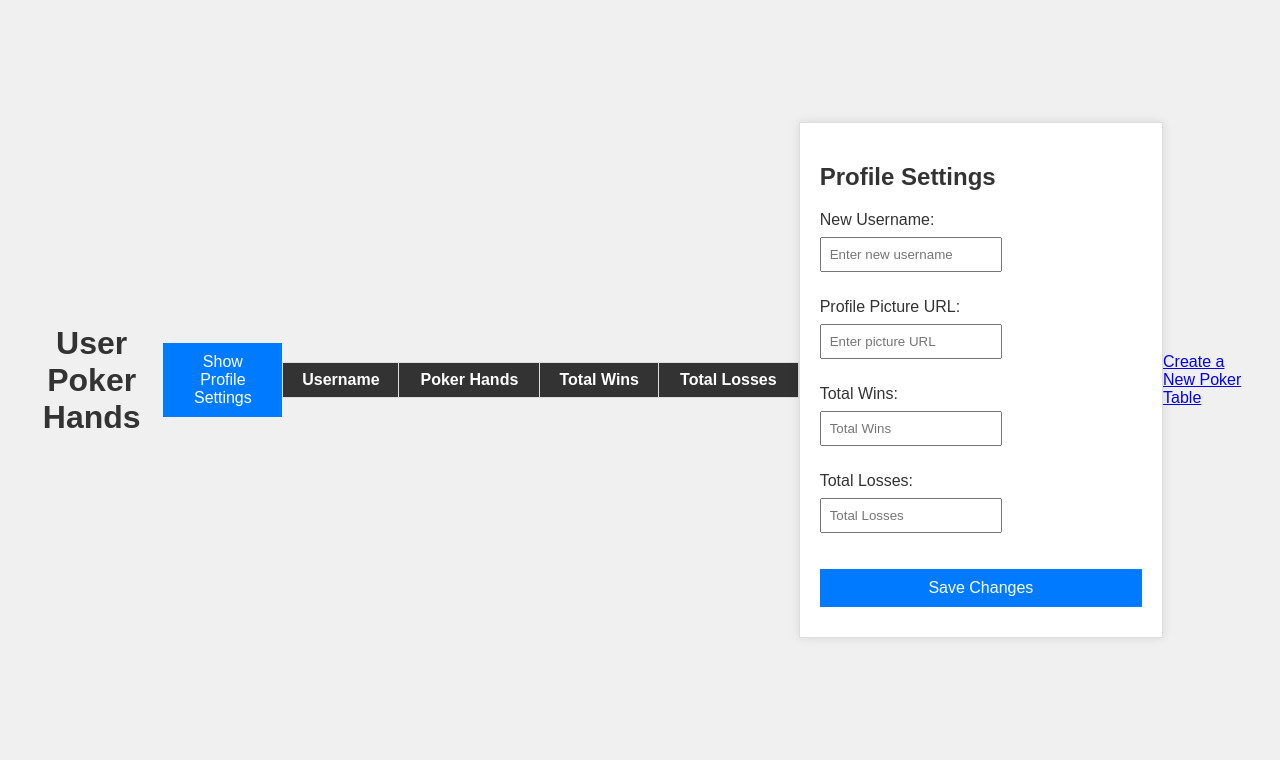
Repository: KidBillionaire/newapp
Page: public/index.html
An editor plug-in stored every save of this project. The page is shown before and after the next save, followed by the edit.
The browser window is 1280 px wide. The pictures show the whole page.
The page's requests for data from a server got no answer.

Above is the page before, as saved 2024-10-10 17:10:00.

### public/index.html
<!DOCTYPE html>
<html lang="en">
<head>
  <meta charset="UTF-8">
  <meta name="viewport" content="width=device-width, initial-scale=1.0">
  <title>User Poker Hands</title>
  <link rel="stylesheet" href="styles.css"> <!-- Link to the external CSS file -->
  <script defer src="/js/app.js"></script> <!-- Link to frontend JS -->
</head>
<body>
  <h1>User Poker Hands</h1>

  <!-- Add a new button to show profile settings -->
  <button id="profileSettingsButton">Show Profile Settings</button>

  <!-- Table to display user data -->
  <table id="userTable" border="1">
    <thead>
      <tr>
        <th>Username</th>
        <th>Poker Hands</th>
        <th>Total Wins</th>
        <th>Total Losses</th>
      </tr>
    </thead>
    <tbody></tbody> <!-- This will be filled dynamically -->
  </table>

  <!-- Profile Settings Section (Initially Hidden) -->
  <div id="profileSettings" class="hidden">
    <h2>Profile Settings</h2>
    <form id="profileForm">
      <label for="newUsername">New Username:</label>
      <input type="text" id="newUsername" placeholder="Enter new username">
      <br><br>

      <label for="profilePicture">Profile Picture URL:</label>
      <input type="text" id="profilePicture" placeholder="Enter picture URL">
      <br><br>

      <label for="totalWins">Total Wins:</label>
      <input type="number" id="totalWins" placeholder="Total Wins">
      <br><br>

      <label for="totalLosses">Total Losses:</label>
      <input type="number" id="totalLosses" placeholder="Total Losses">
      <br><br>

      <button type="submit">Save Changes</button>
    </form>
  </div>
  <br>
  <a href="create-table.html">Create a New Poker Table</a>
</body>
</body>
</html>

### public/styles.css
/* Root Variables */
:root {
    --primary-color: #333;
    --secondary-color: #007BFF;
    --background: #f7f9fc;
}

/* General Body Styles */
body {
    font-family: Arial, sans-serif;
    background: var(--background);
    color: var(--primary-color);
    padding: 20px;
}

/* Typography */
h1 {
    text-align: center;
    color: var(--primary-color);
}

.montserrat-title {
    font-family: 'Montserrat', sans-serif;
    font-weight: 700;
}

.montserrat-body {
    font-family: 'Montserrat', sans-serif;
    font-weight: 400;
}

/* Button Styles */
button {
    display: block;
    margin: 10px auto;
    padding: 10px 20px;
    font-size: 16px;
    background-color: var(--secondary-color);
    color: white;
    cursor: pointer;
    border: none;
    transition: background-color 0.3s;
}

button:hover {
    background-color: #555;
}

/* Table Styles */
#userTable {
    width: 80%;
    margin: 0 auto;
    border-collapse: collapse;
}

#userTable th,
#userTable td {
    border: 1px solid #ddd;
    padding: 8px;
    text-align: center;
}

#userTable th {
    background-color: var(--primary-color);
    color: white;
}

/* Profile Settings Section */
#profileSettings {
    margin: 20px auto;
    width: 50%;
    border: 1px solid #ddd;
    padding: 20px;
    background-color: #fff;
    box-shadow: 0 0 10px rgba(0, 0, 0, 0.1);
}

#profileSettings label {
    display: inline-block;
    width: 150px;
}

#profileSettings input {
    width: calc(100% - 160px);
    padding: 8px;
    margin: 8px 0;
}

#profileSettings button {
    width: 100%;
    padding: 10px;
}

/* Create a specific class for the Create Poker Table page */
.create-table-page {
    background-image: url('images/vecteezy_poker-table-green-cloth-on-dark-background-vector-illustration_6325236.jpg');
    background-size: cover;
    background-repeat: no-repeat;
    background-position: center;
    background-attachment: fixed;
    height: 100vh;
    display: flex;
    justify-content: center;
    align-items: center;
    position: relative; /* Allows for overlay positioning */
}

.create-table-page::after {
    content: '';
    position: absolute;
    top: 0;
    left: 0;
    width: 100%;
    height: 100%;
    background: rgba(255, 255, 255, 0.5);
    z-index: -1;
}

/* Poker Table Container */
#pokerTableContainer {
    display: flex;
    justify-content: center;
    align-items: center;
    margin-top: 30px;
}

/* Poker Table Styles */
#pokerTable {
    position: relative;
    width: 500px;
    height: 500px;
    border-radius: 50%;
    background: url('images/vecteezy_poker-table-green-cloth-on-dark-background-vector-illustration_6325236.jpg') center/cover;
    box-shadow: 0 0 20px rgba(0, 0, 0, 0.5);
}

/* Seat Styles */
.seat {
    position: absolute;
    width: 60px;
    height: 60px;
    border-radius: 50%;
    background-color: #333;
    color: white;
    display: flex;
    justify-content: center;
    align-items: center;
    font-size: 14px;
    box-shadow: 0 0 10px rgba(0, 0, 0, 0.2);
    display: none; /* Initially hide all seats */
}

/* Seat Positions */
.seat-top { top: 29px; left: 50%; transform: translateX(-50%); }
.seat-right { top: 50%; right: 10px; transform: translateY(-50%); }
.seat-bottom { bottom: 10px; left: 50%; transform: translateX(-50%); }
.seat-left { top: 50%; left: 10px; transform: translateY(-50%); }

.seat-top-right { top: 30px; right: 30px; }
.seat-bottom-right { bottom: 30px; right: 30px; }
.seat-bottom-left { bottom: 30px; left: 30px; }
.seat-top-left { top: 30px; left: 30px; }

.seat-top-center { top: 20px; left: 30%; }
.seat-bottom-center { bottom: 20px; left: 30%; }

/* styles.css */
body {
    display: flex;
    justify-content: center;
    align-items: center;
    height: 100vh;
    background-color: #f0f0f0;
    margin: 0;
}

.circle-container {
    position: relative;
    width: 300px;  /* Size of the outer circle */
    height: 300px; /* Size of the outer circle */
    border: 5px solid #000;
    border-radius: 50%; /* Makes it a circle */
}

.avatar {
    position: absolute;
    width: 50px;  /* Size of each avatar */
    height: 50px; /* Size of each avatar */
    background-color: #3498db; /* Avatar color */
    border-radius: 50%; /* Makes it a circle */
}

### public/js/app.js
document.addEventListener('DOMContentLoaded', () => {
  async function fetchUserData() {
    try {
      const response = await fetch('/users');
      const users = await response.json();
      const tableBody = document.querySelector('#userTable tbody');
      tableBody.innerHTML = ''; // Clear any previous content

      users.forEach(user => {
        const row = document.createElement('tr');
        row.innerHTML = `
          <td>${user.username}</td>
          <td>${user.pokerHands.map(hand => `${hand.hand} (${hand.result})`).join(', ')}</td>
          <td>${user.totalWins}</td>
          <td>${user.totalLosses}</td>
        `;
        tableBody.appendChild(row);
      });
    } catch (error) {
      console.error('Error fetching user data:', error);
    }
  }

  // Handle Reload Data Button
  const reloadButton = document.getElementById('profileSettingsButton');
  reloadButton.addEventListener('click', () => {
    const profileSettingsDiv = document.getElementById('profileSettings');
    profileSettingsDiv.classList.toggle('hidden'); // Toggle visibility
  });

  // Handle Profile Form Submission
  const profileForm = document.getElementById('profileForm');
  profileForm.addEventListener('submit', async (event) => {
    event.preventDefault();

    const newUsername = document.getElementById('newUsername').value;
    const profilePicture = document.getElementById('profilePicture').value;
    const totalWins = document.getElementById('totalWins').value;
    const totalLosses = document.getElementById('totalLosses').value;

    const updatedUser = {
      username: newUsername,
      profilePicture: profilePicture, // New field
      totalWins: parseInt(totalWins),
      totalLosses: parseInt(totalLosses),
    };

    try {
      const response = await fetch('/users', {
        method: 'POST',
        headers: { 'Content-Type': 'application/json' },
        body: JSON.stringify(updatedUser),
      });

      if (response.ok) {
        console.log('User updated successfully!');
        fetchUserData(); // Reload the data after updating
      } else {
        console.error('Failed to update user');
      }
    } catch (error) {
      console.error('Error updating user:', error);
    }

    // Clear the form
    profileForm.reset();
  });

  // Fetch the initial data when the page loads
  fetchUserData();
});

After the next save:
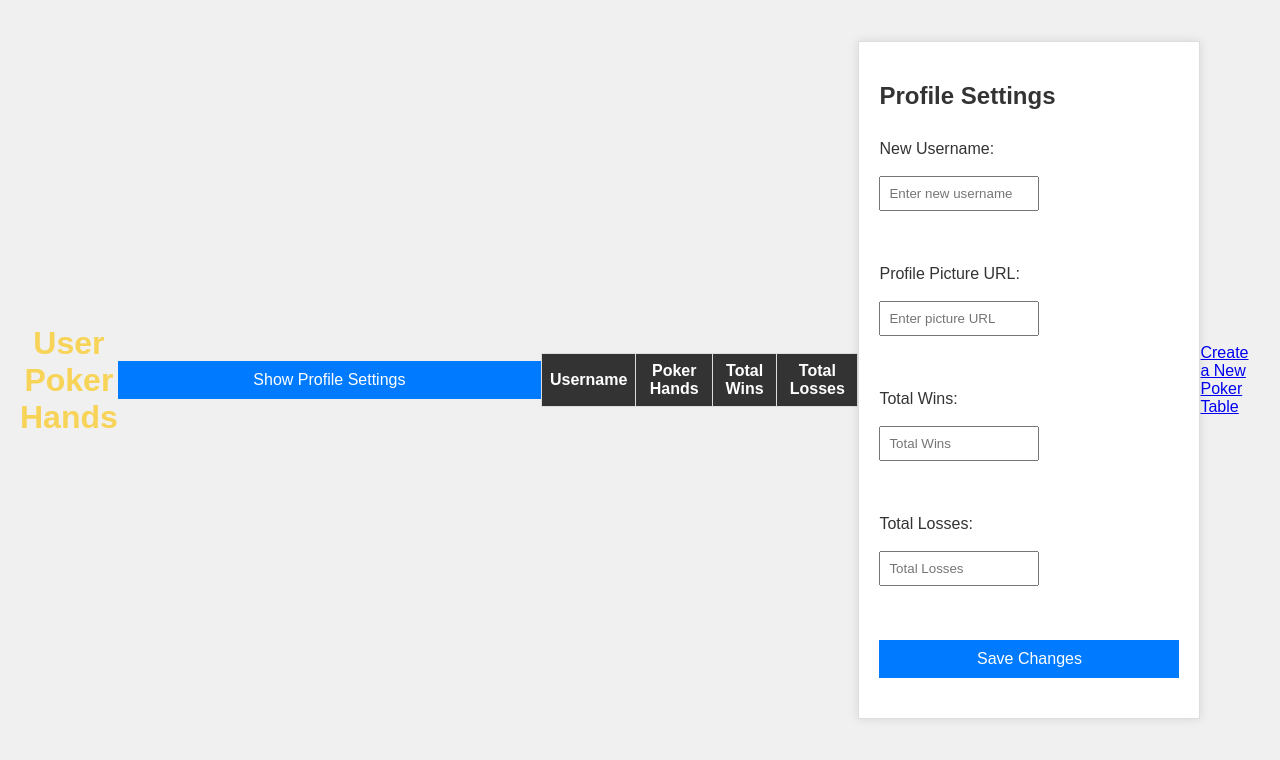
Saved 91 s later.
--- a/public/styles.css
+++ b/public/styles.css
@@ -189,3 +189,115 @@ body {
     background-color: #3498db; /* Avatar color */
     border-radius: 50%; /* Makes it a circle */
 }
+
+/* Main Page Styles */
+body.create-table-page {
+    font-family: 'Arial', sans-serif;
+    background-color: #222; /* Dark background for contrast */
+    color: #f0f0f0; /* Light font color */
+    padding: 20px;
+  }
+
+  h1 {
+    text-align: center;
+    color: #f7d358; /* Golden color */
+  }
+
+  /* Center the form */
+  form {
+    margin: 20px auto;
+    width: 300px;
+  }
+
+  label, select, input, button {
+    display: block;
+    width: 100%;
+    margin: 10px 0;
+  }
+
+  #dealCardsButton {
+    width: 200px;
+    margin: 20px auto;
+    padding: 10px;
+    font-size: 18px;
+    cursor: pointer;
+    text-align: center;
+    border: none;
+    background: #333;
+    color: #f7d358;
+    border-radius: 8px;
+    transition: background 0.3s ease-in-out, transform 0.2s;
+  }
+
+  #dealCardsButton:hover {
+    background: #f7d358;
+    color: #333;
+    transform: scale(1.1);
+  }
+
+  /* Poker Table Styles */
+  #pokerTableContainer {
+    margin: 30px auto;
+    width: 800px;
+    height: 500px;
+    background-image: url('/images/vecteezy_poker-table-green-cloth-on-dark-background-vector-illustration_6325236.jpg');
+    background-size: cover;
+    border-radius: 50% / 25%; /* Oval shape */
+    box-shadow: 0 15px 30px rgba(0, 0, 0, 0.4); /* Add some shadow */
+    position: relative;
+  }
+
+  .seat {
+    width: 50px;
+    height: 50px;
+    background-color: #ff6347;
+    border-radius: 50%;
+    display: flex;
+    align-items: center;
+    justify-content: center;
+    color: #fff;
+    position: absolute;
+  }
+
+  /* Fancy Card Styles */
+  .card {
+    width: 60px;
+    height: 90px;
+    background: linear-gradient(135deg, #ffffff, #e9e9e9); /* Gradient for depth */
+    border-radius: 10px; /* Smooth rounded corners */
+    border: 2px solid #333;
+    box-shadow: 0 10px 25px rgba(0, 0, 0, 0.2), 0 5px 15px rgba(0, 0, 0, 0.1); /* Multiple shadow layers */
+    display: flex;
+    align-items: center;
+    justify-content: center;
+    color: #333;
+    font-size: 24px;
+    font-weight: bold;
+    position: absolute;
+    transform: translate(-50%, -50%) scale(0); /* Start with scale 0 */
+    transition: transform 0.4s ease-out, box-shadow 0.3s ease-in-out; /* Smooth animation */
+  }
+
+  .card.deal {
+    transform: translate(-50%, -50%) scale(1); /* Scale up on deal */
+  }
+
+  .card:hover {
+    box-shadow: 0 15px 35px rgba(0, 0, 0, 0.5), 0 8px 25px rgba(0, 0, 0, 0.2); /* Pop effect on hover */
+    transform: scale(1.05); /* Slight increase in size */
+  }
+
+  /* Card Suit Colors */
+  .card.red { color: #e74c3c; } /* Red suits: Diamonds, Hearts */
+  .card.black { color: #333; }  /* Black suits: Spades, Clubs */
+
+  /* Card Back Styles */
+  .card-back {
+    background: linear-gradient(135deg, #2c3e50, #34495e); /* Dark blue gradient */
+    color: #ecf0f1; /* Light text color */
+    box-shadow: 0 10px 25px rgba(0, 0, 0, 0.4);
+    display: flex;
+    align-items: center;
+    justify-content: center;
+    font-size: 20px;
+  }
